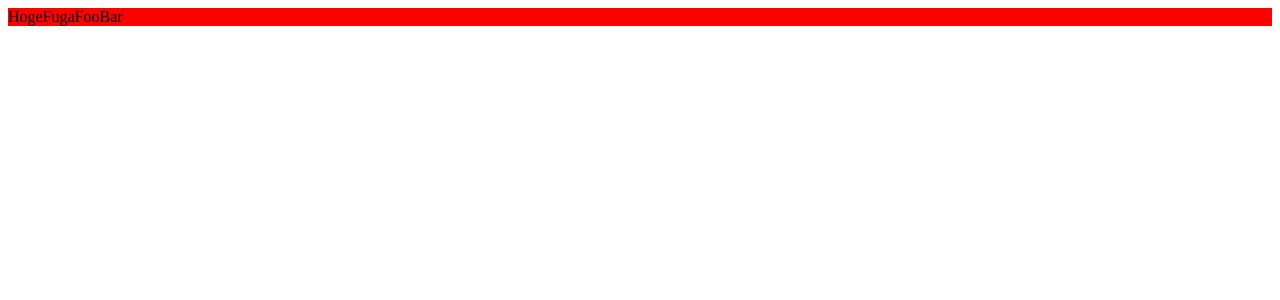
Repository: IzIzKen/samurai_HTML-CSS
Page: HTML CSSを学びWebプログラミングの第一歩を踏み出そう/14章 Flexbox/index.html
The author's editor kept a record of every edit. The page is drawn from the files as they stood at one moment, then again after the next edit.
The browser window is 1280 px wide. The pictures show the whole page.

Above is the page before.

After the next edit:
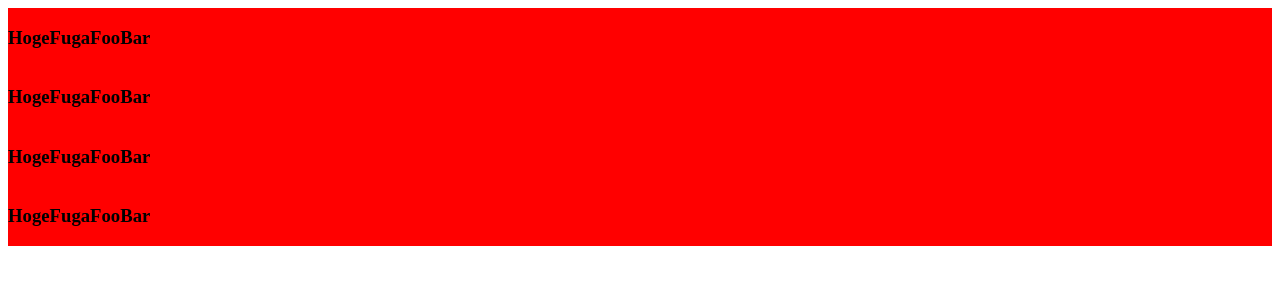
The edit:
--- a/HTML CSSを学びWebプログラミングの第一歩を踏み出そう/14章 Flexbox/index.html
+++ b/HTML CSSを学びWebプログラミングの第一歩を踏み出そう/14章 Flexbox/index.html
@@ -30,10 +30,28 @@
 </head>
 <body>
     <div id="sort">
-        <div>Hoge</div>
-        <div>Fuga</div>
-        <div>Foo</div>
-        <div>Bar</div>
+        <h3>Hoge</h3>
+        <h3>Fuga</h3>
+        <h3>Foo</h3>
+        <h3>Bar</h3>
+    </div>
+        <div id="sort">
+        <h3>Hoge</h3>
+        <h3>Fuga</h3>
+        <h3>Foo</h3>
+        <h3>Bar</h3>
+    </div>
+        <div id="sort">
+        <h3>Hoge</h3>
+        <h3>Fuga</h3>
+        <h3>Foo</h3>
+        <h3>Bar</h3>
+    </div>
+        <div id="sort">
+        <h3>Hoge</h3>
+        <h3>Fuga</h3>
+        <h3>Foo</h3>
+        <h3>Bar</h3>
     </div>
 </body>
 </html>
